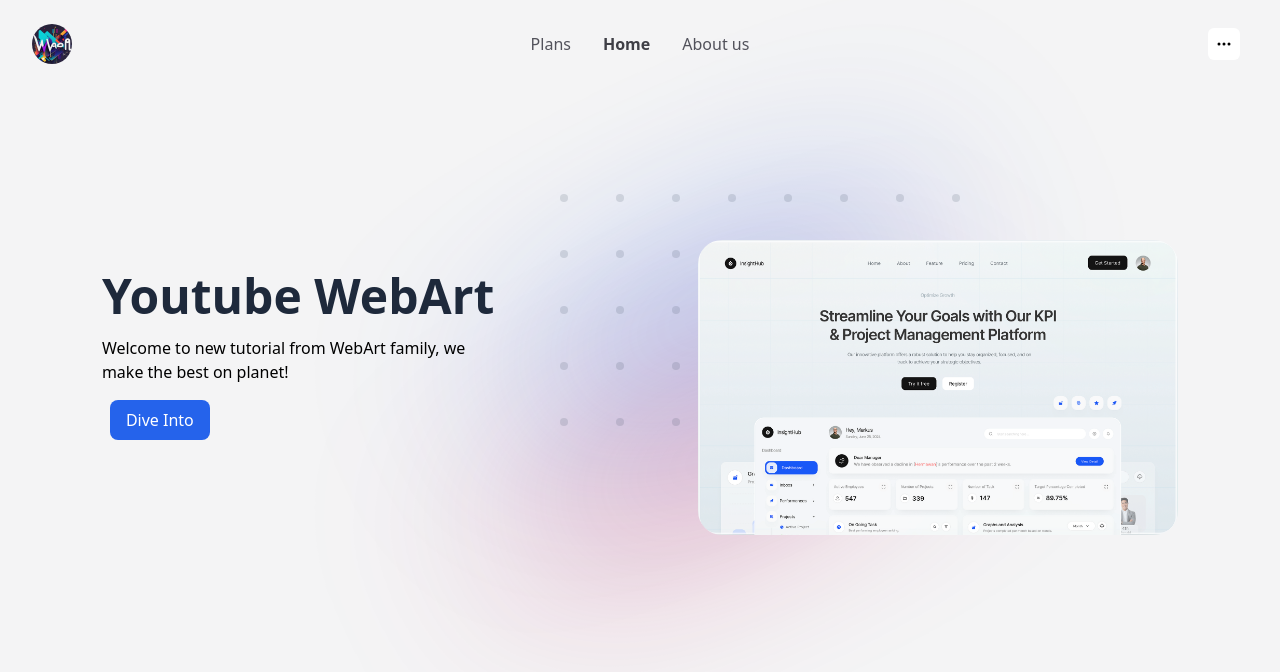
Repository: 30namp/youtube-web-art-code
Page: stunning landing page 1/index.html
These files come from the project's save history. The page is drawn as it stood at one moment and after the next save; the edit follows.
The browser window is 1280 px wide. The pictures show the whole page.

Above is the page before, as saved 2024-09-26 21:18:28.

After the next save:
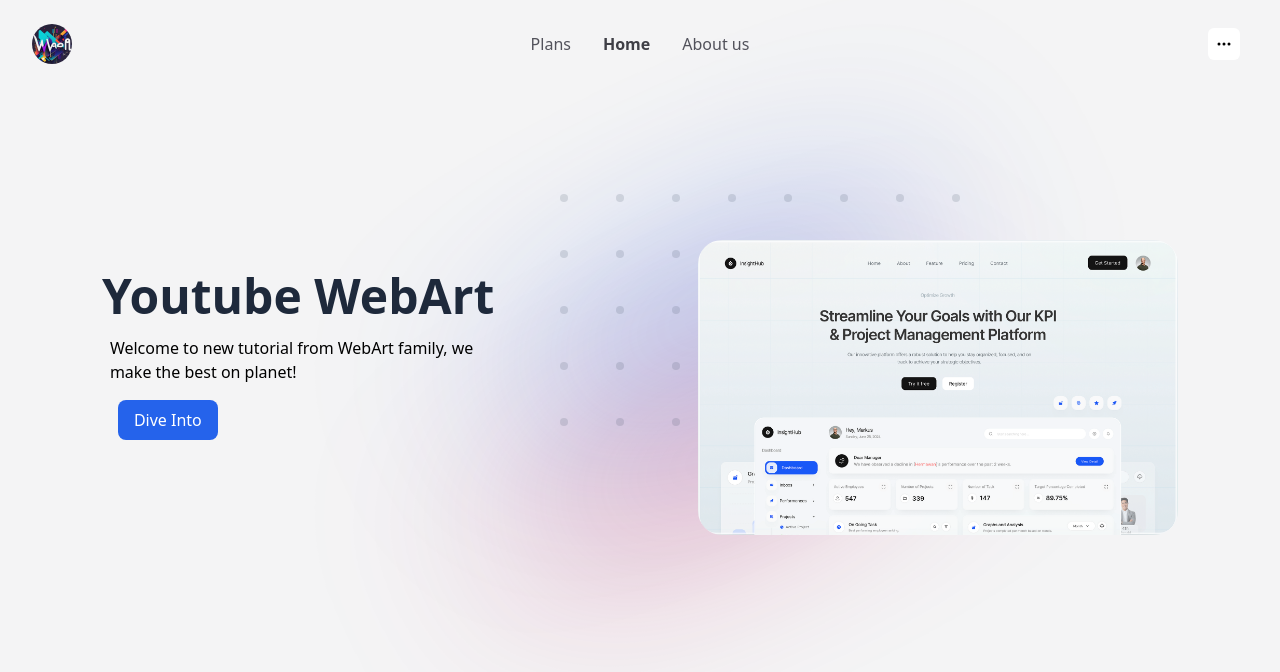
Saved 12 s later.
--- a/stunning landing page 1/index.html
+++ b/stunning landing page 1/index.html
@@ -94,12 +94,12 @@
     <div class="hero-section relative pt-60 flex justify-around items-start">
       <div class="content flex flex-col items-start gap-4 pt-8">
         <h1 class="text-5xl font-bold text-slate-800">Youtube WebArt</h1>
-        <p class="description w-96">
+        <p class="description w-96 ml-2">
           Welcome to new tutorial from WebArt family, we make the best on
           planet!
         </p>
         <button
-          class="ml-2 px-4 py-2 rounded-lg bg-blue-600 text-white hover:scale-105 active:scale-100 transition"
+          class="ml-4 px-4 py-2 rounded-lg bg-blue-600 text-white hover:scale-105 active:scale-100 transition"
         >
           Dive Into
         </button>
